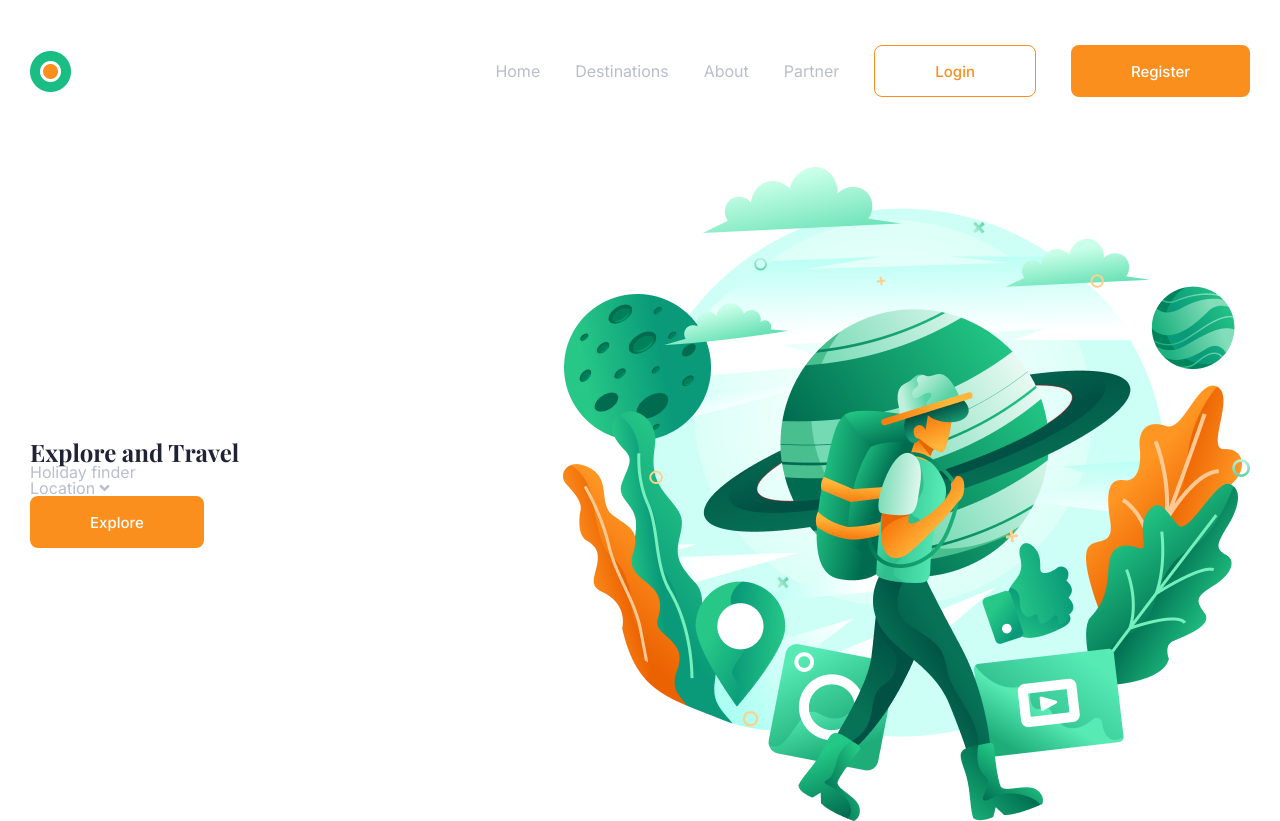
Repository: long5122000/sunny
Page: index.html
These files come from the project's save history. The page is drawn as it stood at one moment and after the next save; the edit follows.
The browser window is 1280 px wide. The pictures show the whole page.
The style sheet was rebuilt from its Sass, Less or Tailwind sources for each picture, by a compiler version that may differ from the author's.

Above is the page before, as saved 2021-11-24 20:15:49.

After the next save:
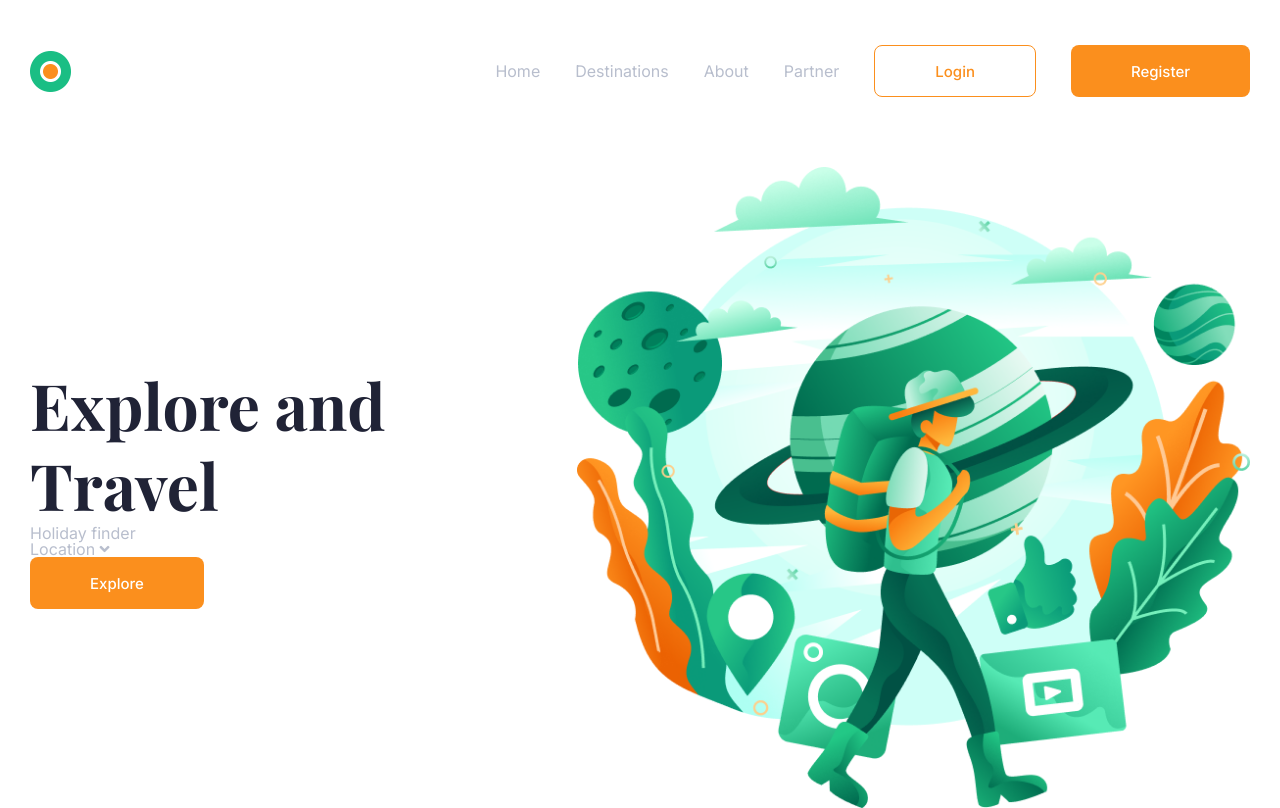
Saved 38 s later.
--- a/sass/_hero.scss
+++ b/sass/_hero.scss
@@ -4,4 +4,8 @@
     justify-content: space-between;
     align-items: center;
   }
+  &-heading {
+    font-size: 64px;
+    line-height: 125%;
+  }
 }
